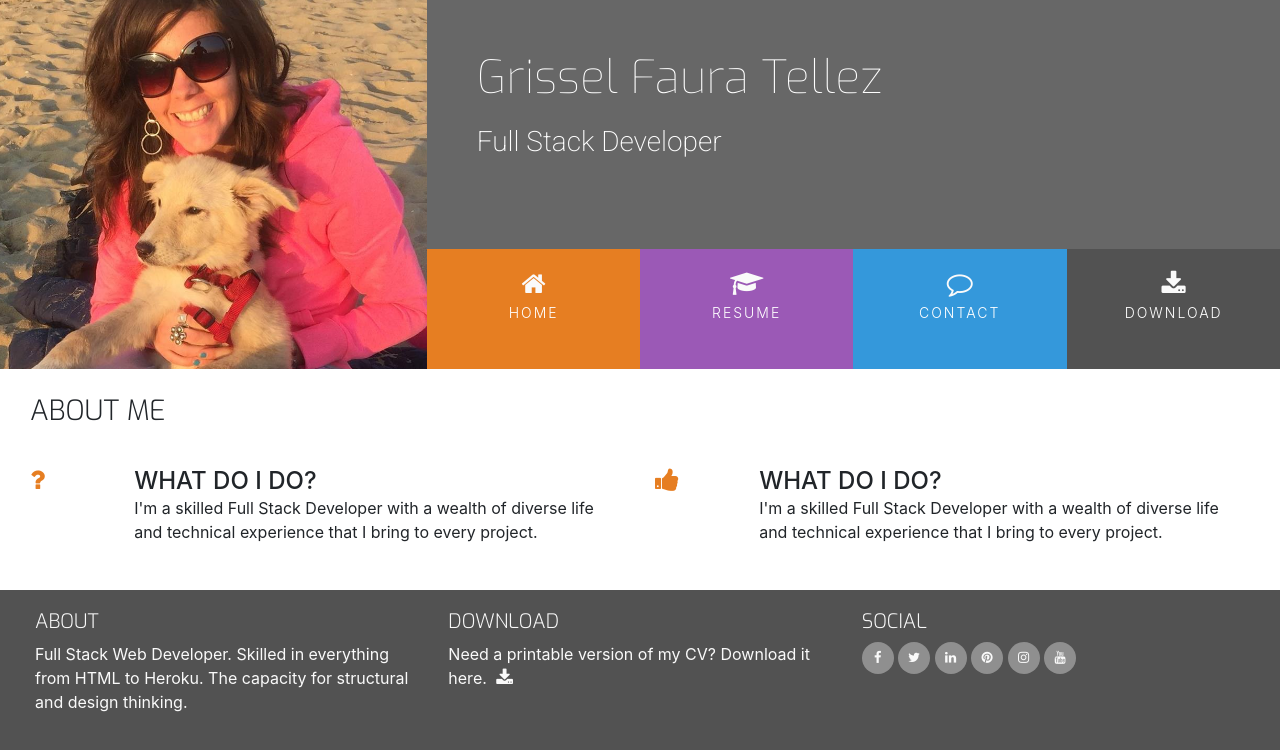
Repository: grisselfaura/Resume-Project-Introduction
Page: index.html
The author's editor kept a record of every edit. The page is drawn from the files as they stood at one moment, then again after the next edit.
The browser window is 1280 px wide. The pictures show the whole page.

Above is the page before.

### index.html
<!DOCTYPE html>
<html lang="en">
<head>
    <meta charset="UTF-8">
    <meta name="viewport" content="width=device-width, initial-scale=1.0">
    <meta http-equiv="X-UA-Compatible" content="ie=edge">
    <link rel="stylesheet" href="https://stackpath.bootstrapcdn.com/bootstrap/4.3.1/css/bootstrap.min.css" type="text/css" />
    <link rel="stylesheet" href="https://stackpath.bootstrapcdn.com/font-awesome/4.7.0/css/font-awesome.min.css" type="text/css" />
    <link rel="stylesheet" href="https://cdnjs.cloudflare.com/ajax/libs/hover.css/2.3.1/css/hover-min.css" type="text/css" />
    <link rel="stylesheet" href="assets/CSS/style.css" type="text/css" />
    <title>Grissel</title>
</head>
<body>
    <header>
       <div class="row no-gutters">
           <a class="col-md-4 logo" href="index.html"></a>
           <div class="col-md-8">
               <div class="row no-gutters bg-color-name-title">
                   <div class="col heading">
                       <h1 class="name">Grissel Faura Tellez</h1>
                       <h2 class="title">Full Stack Developer</h2>
                    </div>
               </div>
               <div class="row no-gutters">
                   <div class="col">
                       <ul id="nav" class="list-inline menucontainer">
                           <li class="col-6 col-sm-3 ui-menu-color-home list-inline-item menuitem">
                               <a href="#" class="hvr-sweep-to-bottom"><i class="fa fa-home" aria-hidden="true"></i><span>Home</span></a>
                           </li>
                           <li class="col-6 col-sm-3 ui-menu-color-resume list-inline-item menuitem">
                               <a href="#" class="hvr-sweep-to-bottom"><i class="fa fa-graduation-cap" aria-hidden="true"></i><span>Resume</span></a>
                           </li>
                           <li class="col-6 col-sm-3 ui-menu-color-contact list-inline-item menuitem">
                               <a href="#" class="hvr-sweep-to-bottom"><i class="fa fa-comment-o" aria-hidden="true"></i><span>Contact</span></a>
                           </li>
                           <li class="col-6 col-sm-3 ui-menu-color-download list-inline-item menuitem">
                               <a href="#" class="hvr-sweep-to-bottom"><i class="fa fa-download" aria-hidden="true"></i><span>Download</span></a>
                           </li>
                       </ul>
                   </div>
               </div>
           </div>
       </div>
    </header>
    <section class="container-fluid">
        <div class="row row-table">
            <div class="col-md-8 bg-color-three-reasons section-column">
                <div class="row">
                    <div class="col">
                        <h3 class="section-heading uppercase">About me</h3>
                    </div>
                </div>
                <div class="row">
                    <div class="col-10 offset-1 offset-sm-0 col-sm-4 col-md-6">
                        <div class="row">
                            <div class="col-2">
                                <i class="three-reasons-icon fa fa-question" aria-hidden="true"></i>
                            </div>
                            <div class="col-10">
                                <h4 class="three-reasons-heading uppercase">What do I do?</h4>
                                <p>
                                    I'm a skilled Full Stack Developer with a wealth of diverse life and technical experience that I bring to every project.
                                </p>
                            </div>
                        </div>
                    </div>
                    <div class="col-10 offset-1 offset-sm-0 col-sm-4 col-md-6">
                        <div class="row">
                            <div class="col-2">
                                <i class="three-reasons-icon fa fa-thumbs-up" aria-hidden="true"></i>
                            </div>
                            <div class="col-10">
                                <h4 class="three-reasons-heading uppercase">What do I do?</h4>
                                <p>
                                    I'm a skilled Full Stack Developer with a wealth of diverse life and technical experience that I bring to every project.
                                </p>
                            </div>
                        </div>
                    </div>
                </div>
            </div>
        </div>

    </section>


    <footer class="container-fluid">
        <div id="footer-details" class="row">
            <div class="col-sm-4">
                <h5 class="uppercase general-sub">About</h5>
                <p class ="inline-block">
                Full Stack Web Developer. Skilled in everything from HTML to Heroku. The capacity for structural and design thinking.</p>
            </div>
            <div class="col-sm-4">
                <h5 class="uppercase general-sub">Download</h5>
                <p class ="inline-block">
                Need a printable version of my CV? Download it here.
                    <a href="#" target="_blank" class="cv-pdf">
                        <i class="fa fa-download" aria-hidden="true"></i>
                        <span class="sr-only">Download link again.</span>
                    </a>
                </p>
             </div>
            <div class="col-sm-4">
                <h5 class="uppercase general-sub">Social</h5>
                <ul class="list-inline social-links">
                    <li class="list-inline-item">
                        <a target="_blank" href="#">
                            <i class="fa fa-facebook" aria-hidden="true"></i>
                            <span class="sr-only">Facebook</span>
                        </a>
                    </li>
                    <li class="list-inline-item">
                        <a target="_blank" href="#">
                            <i class="fa fa-twitter" aria-hidden="true"></i>
                            <span class="sr-only">Twitter</span>
                        </a>
                    </li>
                     <li class="list-inline-item">
                        <a target="_blank" href="#">
                            <i class="fa fa-linkedin" aria-hidden="true"></i>
                            <span class="sr-only">LinkedIn</span>
                        </a>
                    </li>
                    <li class="list-inline-item">
                        <a target="_blank" href="#">
                            <i class="fa fa-pinterest" aria-hidden="true"></i>
                            <span class="sr-only">Pinterest</span>
                        </a>
                    </li>
                    <li class="list-inline-item">
                        <a target="_blank" href="#">
                            <i class="fa fa-instagram" aria-hidden="true"></i>
                            <span class="sr-only">Instagram</span>
                        </a>
                    </li>
                    <li class="list-inline-item">
                        <a target="_blank" href="#">
                            <i class="fa fa-youtube" aria-hidden="true"></i>
                            <span class="sr-only">Youtube</span>
                        </a>
                    </li>
                </ul>
            </div>
        </div>
    </footer>
</body>
</html>

### assets/CSS/style.css
@import url('https://fonts.googleapis.com/css?family=Roboto:100,200,300,400,500,600,700|Exo:100,200,300,400,500,600,700');

/*---------------------------------Colours*/

.bg-color-name-title {
    background-color: #676767;
}

.bg-color-three-reasons {
    background-color: #fff;
}

.ui-menu-color-home {
     background-color: #e67e22;
}

.ui-menu-color-resume {
     background-color: #9b59b6;
}

.ui-menu-color-contact {
     background-color: #3498db;
}

.ui-menu-color-download {
     background-color: #525252;
}
/*---------------------------------Special paddings/margins/text*/

h1,
h2,
h3,
h4 {
    margin: 0;
}

.uppercase {
   text-transform: uppercase;
}

.general-sub {
    font-family: "Exo", sans-serif;
    font-weight: 300;
    color: #fafafa;
}

.inline-block {
    display: inline-block;
}

.row-table {
    display: table;
}

.section-column {
    display: table-cell;
    padding: 0 30px 30px;
    float: none;
}

.section-heading {
    font-family: "Exo", sans-serif;
    font-weight: 300;
    margin-top: 25px;
    margin-bottom: 40px;
}

/*---------------------------------Heading*/
header {
    margin: 0;
}

.heading {
    margin-left: 50px;
}

.logo {
    background: url("../images/gri.jpg");
    background-position: center;
    background-repeat: no-repeat;
    background-size: cover;
    min-height: 360px;
    transition: all .5s ease-in-out;
    -moz-transition: all .5s ease-in-out;
    -webkit-transition: all .5s ease-in-out;
}

.name {
    font-family: "Exo", sans-serif;
    font-weight: 100;
    font-size: 46px;
    margin-top: 50px;
    color: #ffffff;
}

.title {
    font-family: "Roboto", sans-serif;
    font-weight: 200;
    font-size: 28px;
    margin-top: 20px;
    margin-bottom: 90px;
    color: #ffffff;
}
.list-inline-item:not(:last-child) {
    margin-right: 0;
}
.menucontainer {
    font-size: 0;
}

#nav {
    margin: 0
}

#nav li {
    font-size: 14px;
    padding: 0;
}

.menuitem {
    height: 120px;
    text-align: center;
    padding: 0;
}

.menuitem a {
    width: 100%;
    text-decoration: none;
    color: #fff;
    height: 120px;
}

.menuitem a i {
    padding-top: 22px;
    display: block;
    color: #fafafa;
    font-size: 26px;
}

.menuitem span {
    display: block;
    width: 100%;
    padding-top: 5px;
    text-align: center;
    text-transform: uppercase;
    font-size: 14px;
    font-weight: 300;
    letter-spacing: 2px;
}

/*---------------------------------Hover.css*/
.hvr-sweep-to-bottom:before {
    background: rgba(0,0,0,0.2);
    height: 120px;
}

/*---------------------------------Footer*/

footer {
    background-color: #525252;
    color: #fafafa;
    min-height: 120px;
    margin: 0;
}

.cv-pdf i {
  font-size: 18px;
  color: #fafafa;
  text-align: center;
  padding-left: 5px;
  transition: all 0.35s ease-in-out;
  -moz-transition: all 0.35s ease-in-out;
  -webkit-transition: all 0.35s ease-in-out;
  -o-transition: all 0.35s ease-in-out;
}

.cv-pdf i:hover {
  color: #e84610;
}

.social-links {
    padding-bottom: 15px;
}

.social-links li a i {
    width: 32px;
    height: 32px;
    padding: 12px 0;
    border-radius: 50%;
    font-size: 13px;
    line-height: 7px;
    text-align: center;
    color: #fafafa;
    background: #8f8f8f;
    transition: all 0.35s ease-in-out;
    -moz-transition: all 0.35s ease-in-out;
    -webkit-transition: all 0.35s ease-in-out;
    -o-transition: all 0.35s ease-in-out;
}

.social-links li a i:hover {
    background: #e84610;
}

#footer-details {
    padding: 20px;
}

/*---------------------------------Three Reasons*/

.three-reasons-icon {
    font-size: 26px;
    color: #e67e22;
}

.three-reasons-heading {

}

After the next edit:
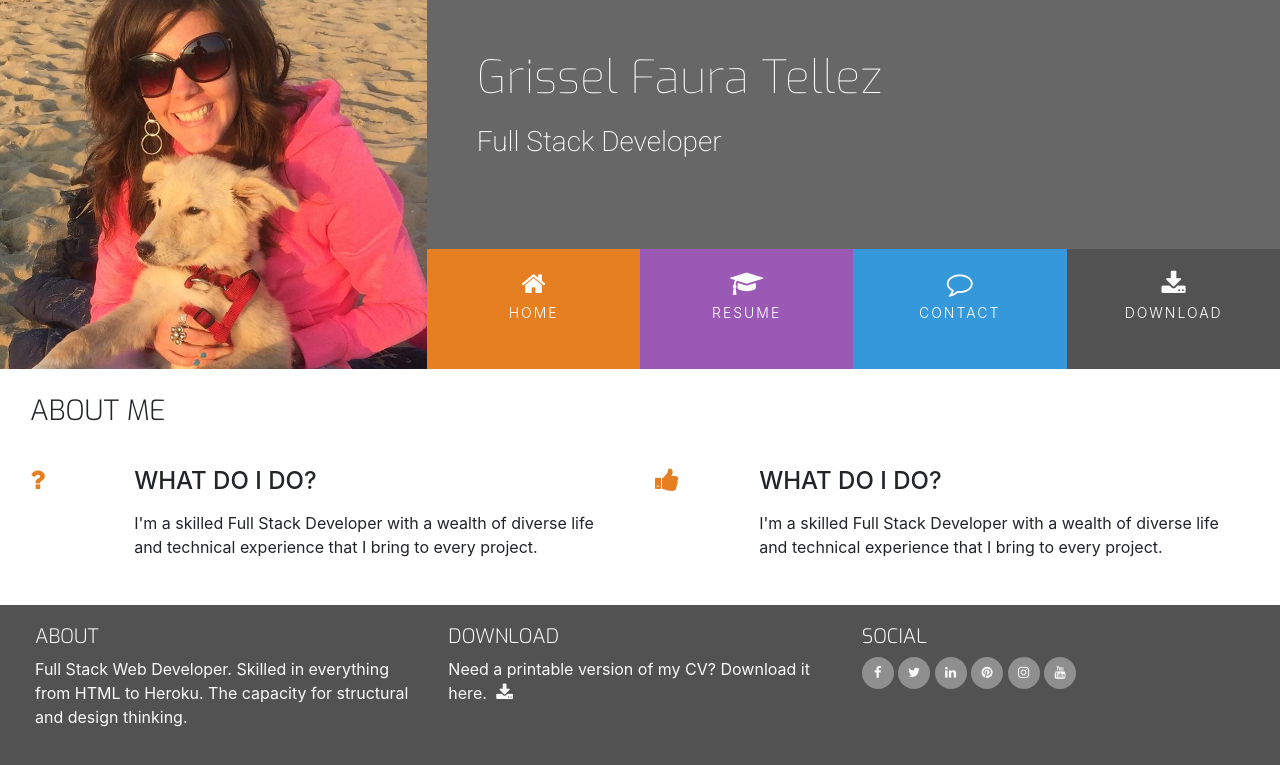
The edit:
--- a/assets/CSS/style.css
+++ b/assets/CSS/style.css
@@ -214,5 +214,5 @@
 }
 
 .three-reasons-heading {
-
-}
+    margin-bottom: 15px;
+}
